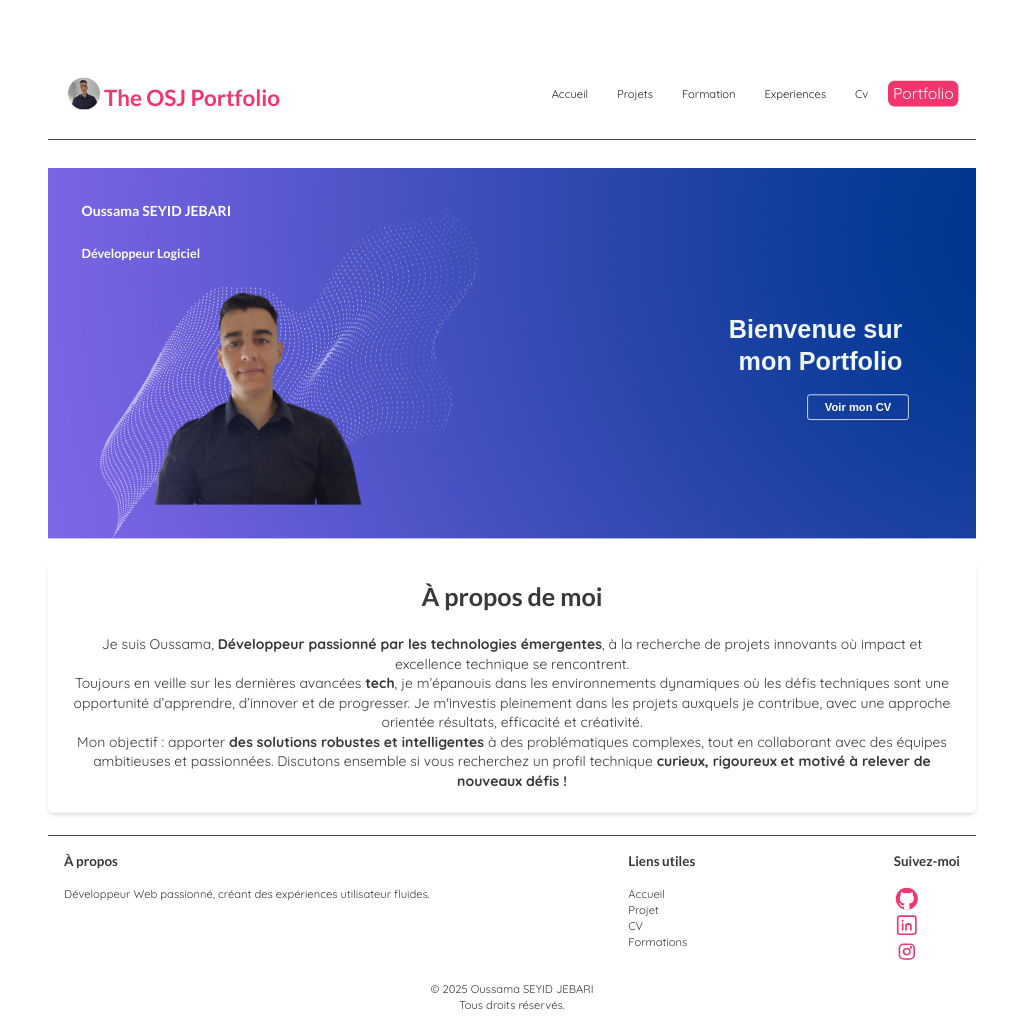
Repository: OussamSJ/Portfolio
Page: /
These files come from the project's save history. The page is drawn as it stood at one moment and after the next save; the edit follows.
The browser window is 1280 px wide. The pictures show the whole page, at 80% of full size.
The project was rebuilt for these pictures with package versions that can differ from the ones it lists, and the page was loaded fresh each time. Also part of the build but not shown: src/BlogList.js, src/Cv.js, src/Expcomponent.js, src/Experiences.js, src/FormationComponent.js, src/Formation.js, src/projets/ProjetComponent.js, src/projets/Projet.js and 3 more.

Above is the page before, as saved 2025-07-23 12:48:21.

After the next save:
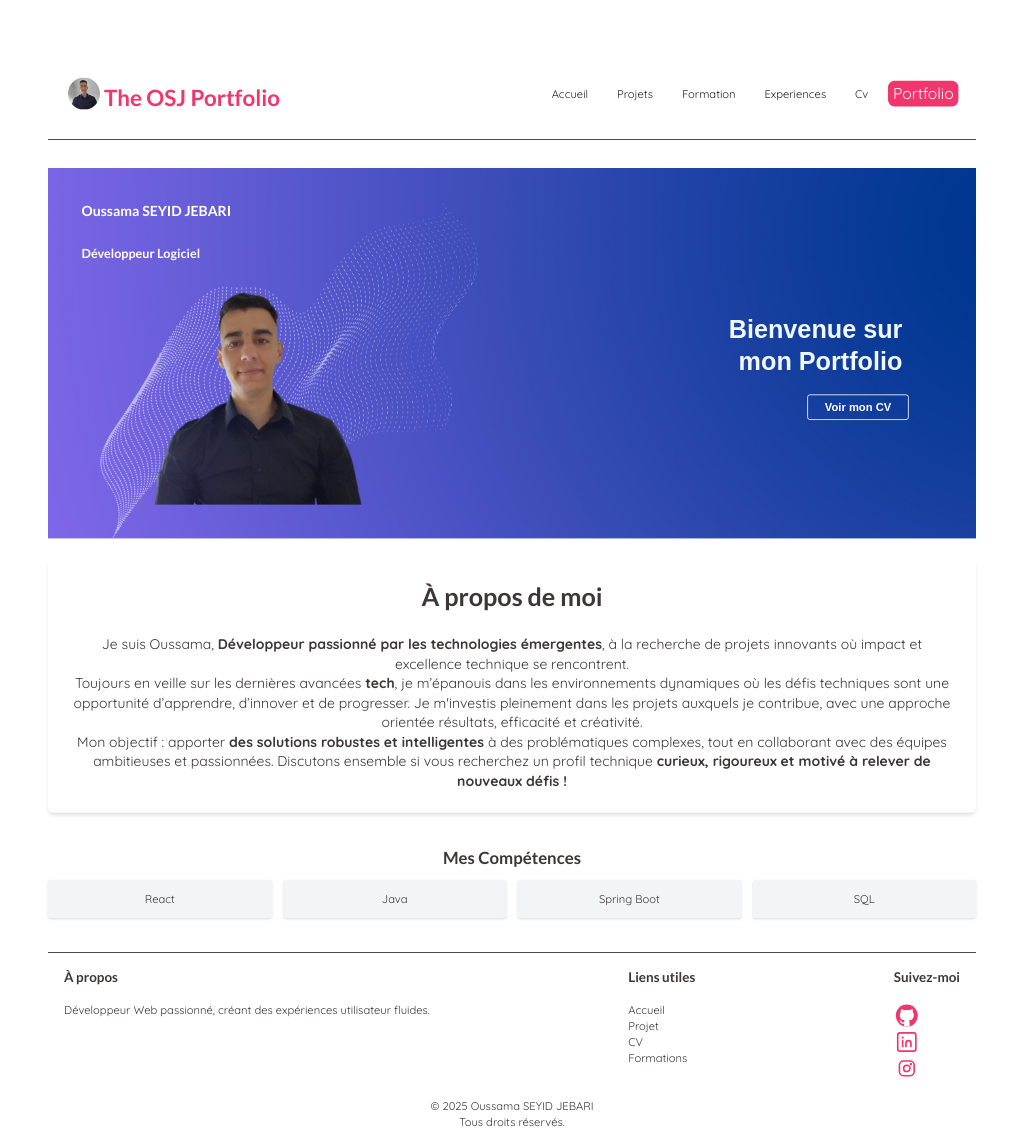
Saved 30 s later.
--- a/src/Home.js
+++ b/src/Home.js
@@ -61,6 +61,16 @@
         </p>
       </section>
 
+      <section className="my-12">
+        <h2 className="text-2xl font-bold mb-4 text-center">Mes Compétences</h2>
+        <div className="grid grid-cols-2 md:grid-cols-4 gap-4 text-center">
+          <div className="p-4 bg-gray-100 rounded shadow">React</div>
+          <div className="p-4 bg-gray-100 rounded shadow">Java</div>
+          <div className="p-4 bg-gray-100 rounded shadow">Spring Boot</div>
+          <div className="p-4 bg-gray-100 rounded shadow">SQL</div>
+        </div>
+      </section>
+
 
 
       <Footbar />
